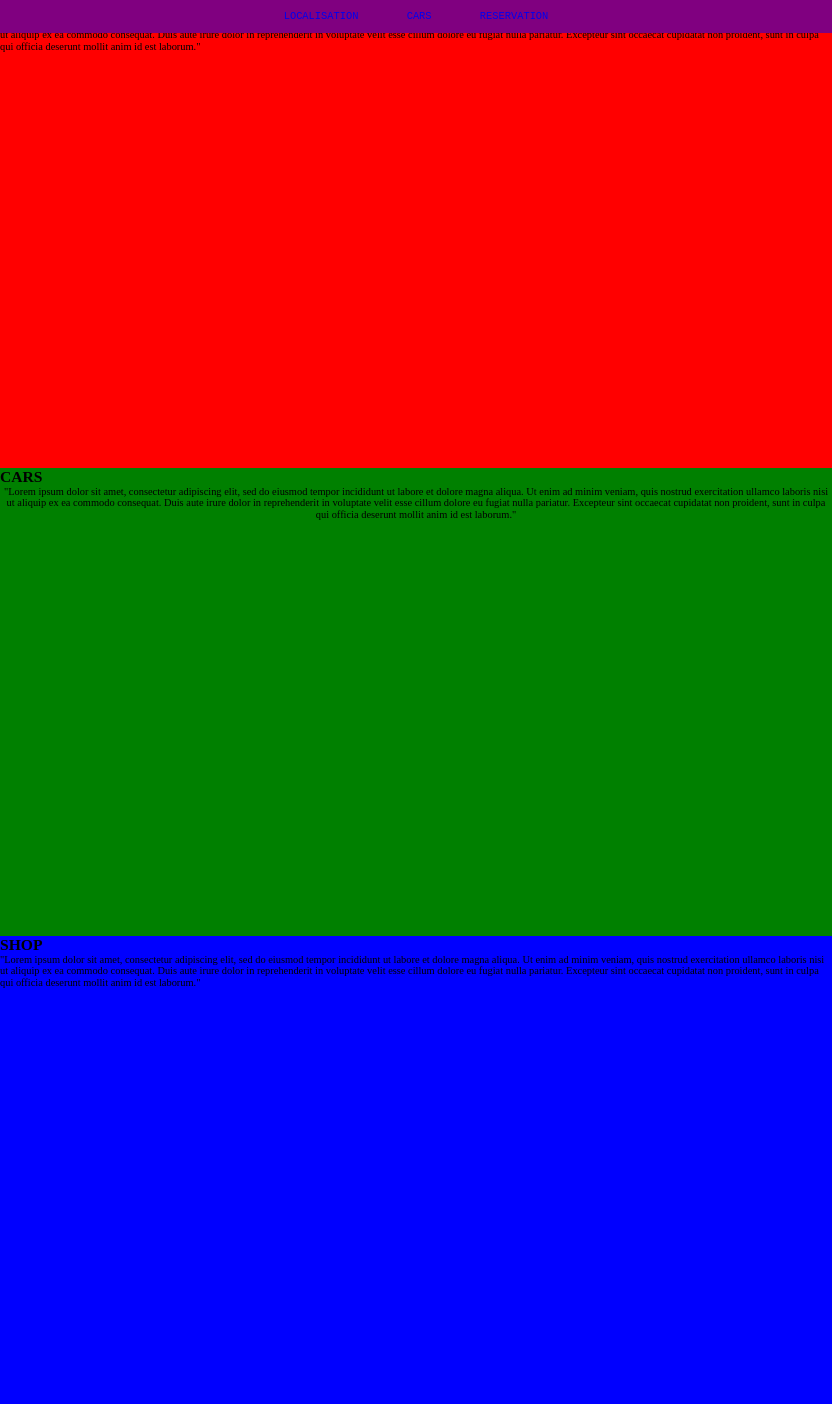
Repository: romgrm/jenaipasdevoiture
Page: src/main/java/fr/romgrm/index.html
These files come from the project's save history. The page is drawn as it stood at one moment and after the next save; the edit follows.
The browser window is 1280 px wide. The pictures show the whole page, at 65% of full size.

Above is the page before, as saved 2020-10-15 18:48:05.

After the next save:
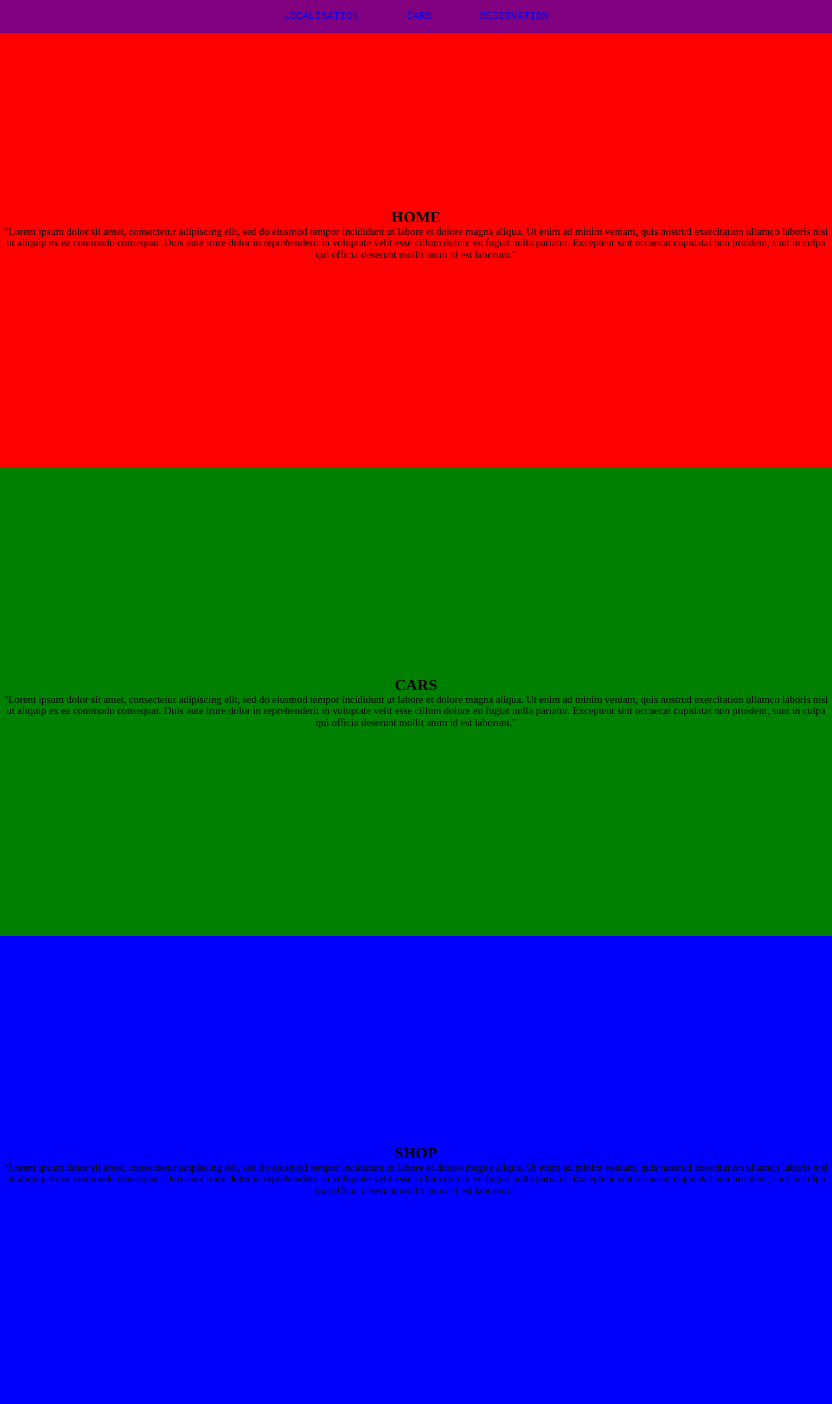
Saved 11 s later.
--- a/src/main/java/fr/romgrm/style.css
+++ b/src/main/java/fr/romgrm/style.css
@@ -57,6 +57,9 @@ Section{
     flex-direction: column;
     width: 100%;
     height: 100vh; /* vh = Viewport Height : permet de dimensioner par rapport à la taille de l'écran*/
+    text-align: center;
+    justify-content: center;
+    align-items: center;
 
 }
 
@@ -93,9 +96,7 @@ Section{
 }
 
 #SELECTCAR p{
-    text-align: center;
-    justify-content: center;
-    align-items: center;
+
 }
 
 
